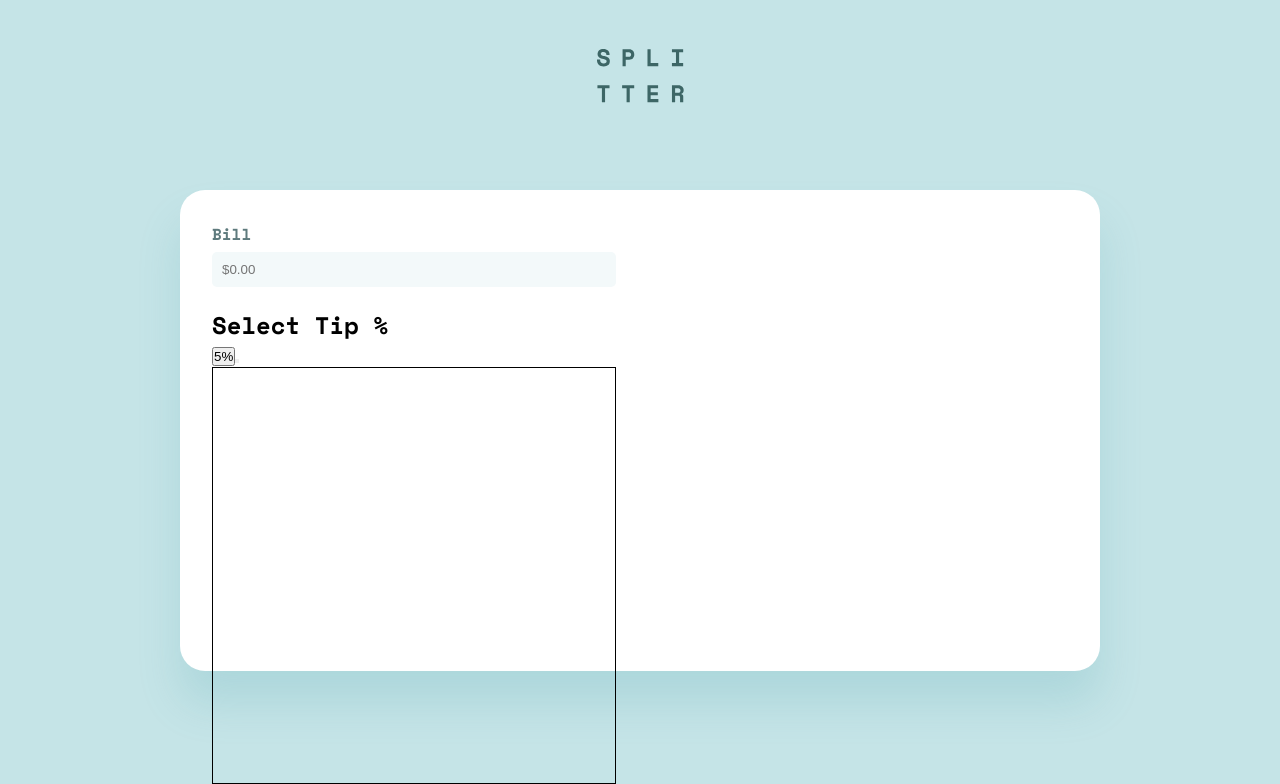
Repository: brandontaylor1/splitter
Page: index.html
An editor plug-in stored every save of this project. The page is shown before and after a run of saves, followed by the edit.
The browser window is 1280 px wide. The pictures show the whole page.

Above is the page before, as saved 2025-02-05 21:34:34.

After the next 2 saves:
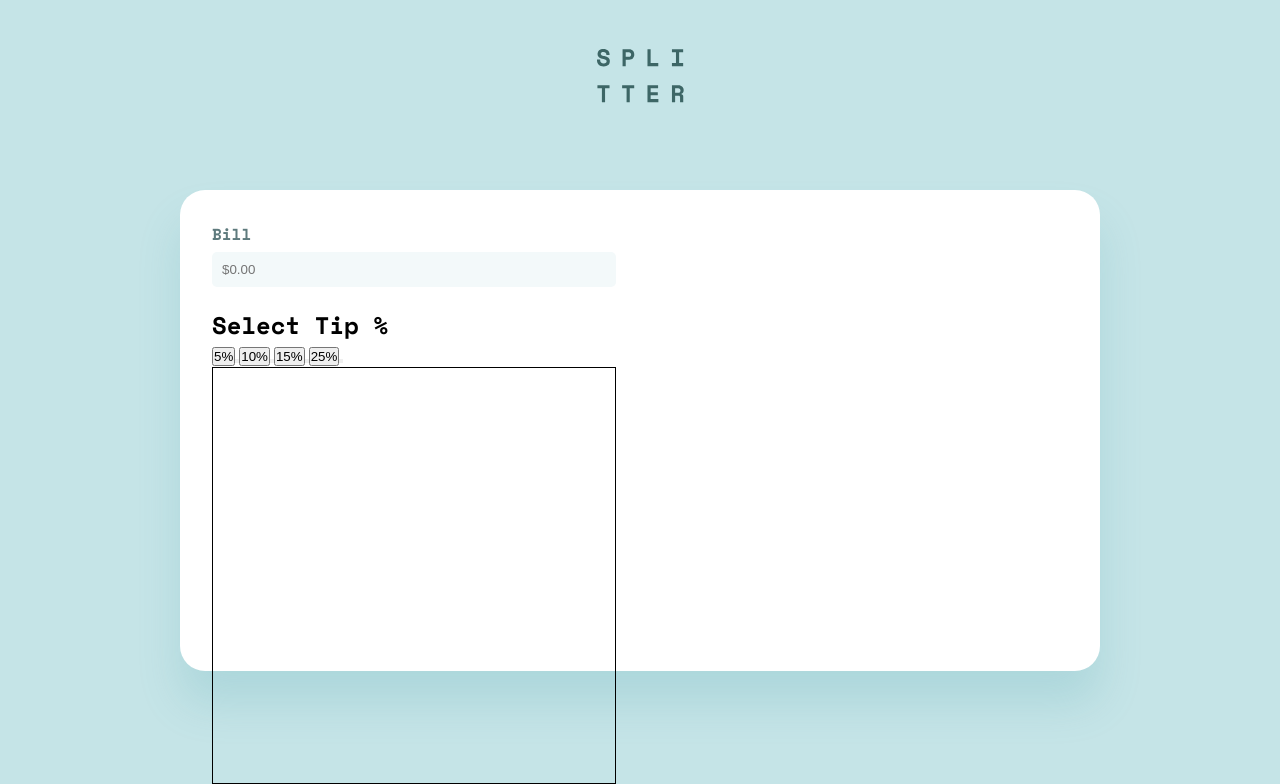
The 2 saves are shown as one change because they came seconds apart.
The last was saved 9 s later.
--- a/index.html
+++ b/index.html
@@ -22,7 +22,9 @@
                 <h2>Select Tip %</h2>
                 <div class="tip-buttons">
                     <button class="tip-button">5%<button>
-
+                    <button class="tip-button">10%<button>
+                    <button class="tip-button">15%<button>
+                    <button class="tip-button   ">25%<button>
             </div>
         </div>
         <div class="right-column">
